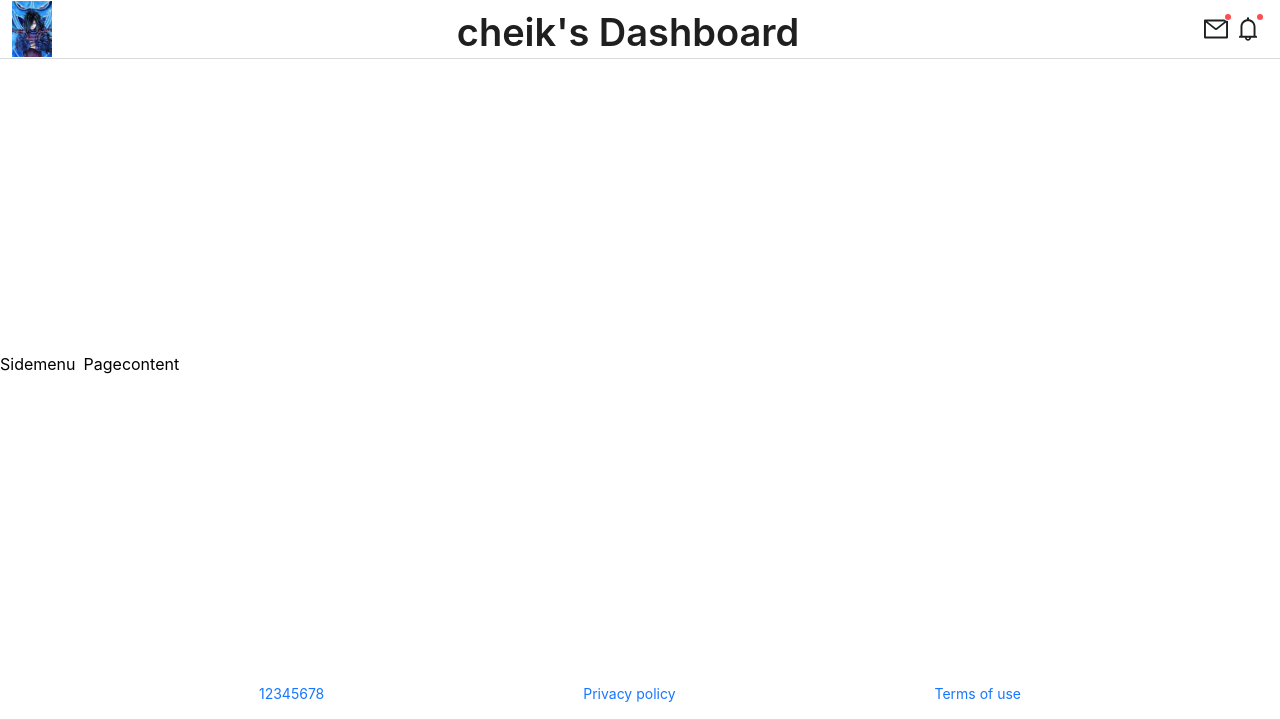
Repository: cheik253/21036
Page: /
These files come from the project's save history. The page is drawn as it stood at one moment and after the next save; the edit follows.
The browser window is 1280 px wide. The pictures show the whole page.
The project was rebuilt for these pictures with package versions that can differ from the ones it lists, and the page was loaded fresh each time.

Above is the page before, as saved 2024-02-23 00:04:52.

### src/App.js
// App.js
import React from 'react';
import ReactApexChart from 'react-apexcharts';
import Sidemenu from './Components/Sidemenu';
import Appfooter from './Components/Appfooter';
import Appheader from './Components/Appheader';
import { Space } from 'antd';
import Pagecontent from './Components/Pagecontent';

import './App.css'; // Assuming your CSS file is named 'App.css'

function App() {
  return (
    <div className="App">
      <Appheader />
      <Space className='SideMenuPageContent'>
        <Sidemenu />
        <Pagecontent />
      </Space>
      <Appfooter />
    </div>
  );
}

export default App;

### src/Components/Sidemenu/index.js
import React from 'react';
import ReactApexChart from 'react-apexcharts';
export default function Sidemenu() {
    return(
    <div className='Sidemenu'>

   Sidemenu


       </div>


       );
   }

### src/Components/Appfooter/index.js
import React from 'react';
import { Badge, Space, Typography } from 'antd';
import { MailOutlined, BellOutlined } from '@ant-design/icons';
import ReactApexChart from 'react-apexcharts';

export default function Appfooter() {
 return(
 <div className='Appfooter'>


<Typography.Link href='tel:+12345678'>12345678</Typography.Link>
<Typography.Link href='cheik' >Privacy policy</Typography.Link>
<Typography.Link href='a' >Terms of use</Typography.Link>

    </div>


    );
}

const PieChartComponent = () => {
    const l1 = [334, 122,55];
    const l2 = ['a', 'b','c'];

    const options = {
      labels: l2,
      series: l1,
    };

    return (
      <ReactApexChart
        options={options}
        series={options.series}
        type="pie"
        height={230}
        width={250}
      />
    );
  };

### src/Components/Appheader/index.js
import React from 'react';
import { Badge, Space, Typography } from 'antd';
import { MailOutlined, BellOutlined } from '@ant-design/icons';
import ReactApexChart from 'react-apexcharts';
import madaraImage from './madara.jpg';

export default function Appheader() {
  return (
    <div className="Appheader">
      <img src={madaraImage} alt="Madara Image" width={40} />
      <Typography.Title>cheik's Dashboard</Typography.Title>
      <Space>
        <Badge count={20} dot>
        <MailOutlined style={{fontSize:24}} />
        </Badge>

      <Badge count={10} dot >
      <BellOutlined  style={{fontSize:24}} />
      </Badge>


      </Space>
    </div>
  );
}

### src/Components/Pagecontent/index.js
import React from 'react';
import ReactApexChart from 'react-apexcharts';
export default function Pagecontent() {
    return(
    <div className='Pagecontent'>

Pagecontent


       </div>


       );
   }

### src/App.css
.App{

  display: flex;
  flex-direction: column;
  width: 100vw;
  height: 100vh;
}
.Appheader{
  height: 50px;
  display: flex;
  justify-content: space-between;
 align-items: center;
 padding: 4px 20px 4px 12px;
 border-bottom:  1px solid rgba(0, 0,0, 0.15);

}
.Appfooter{
  height: 50px;
  display: flex;
  justify-content: space-evenly;
  align-items: center;
  border-bottom:  1px solid rgba(0, 0,0, 0.15);

}
.SideMenuPageContent{
  display: flex;
  flex: 1;
}

Loaded but not shown: public/index.html (common file); src/index.js (common file); src/index.css (common file)

After the next save:
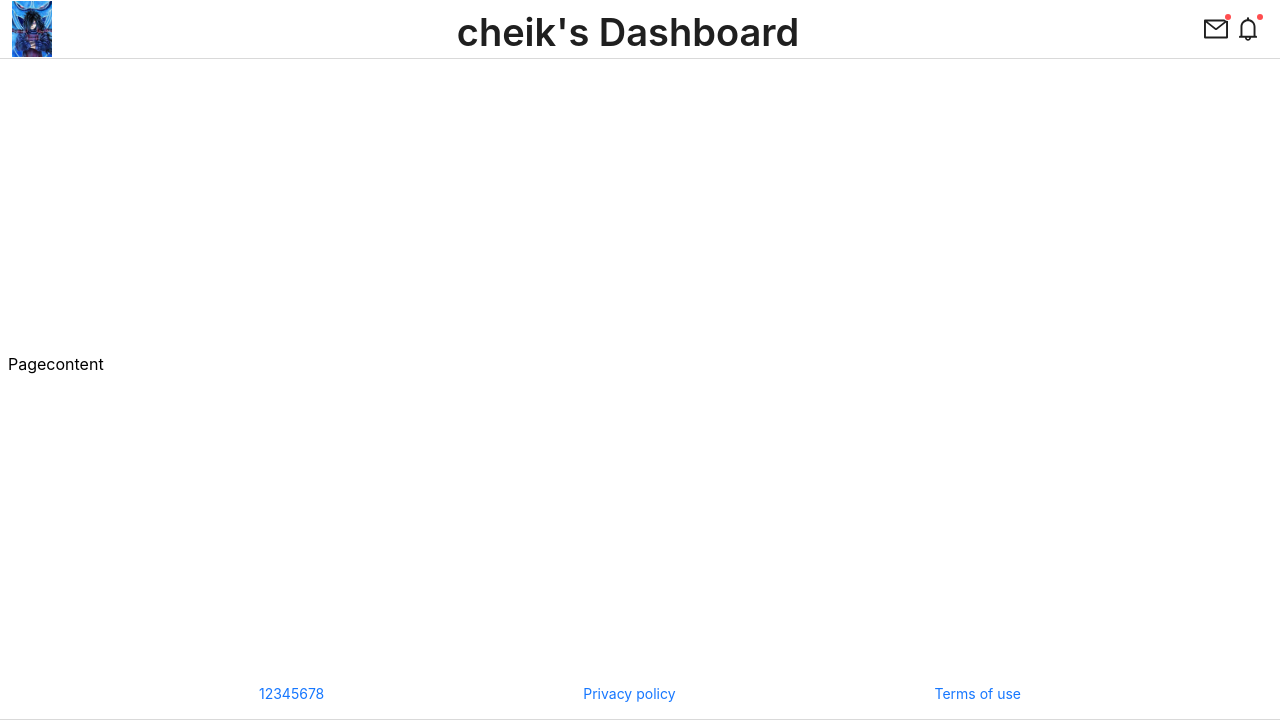
Saved 2 min 11 s later.
--- a/src/Components/Sidemenu/index.js
+++ b/src/Components/Sidemenu/index.js
@@ -4,7 +4,7 @@ export default function Sidemenu() {
     return(
     <div className='Sidemenu'>
 
-   Sidemenu
+
 
 
        </div>
